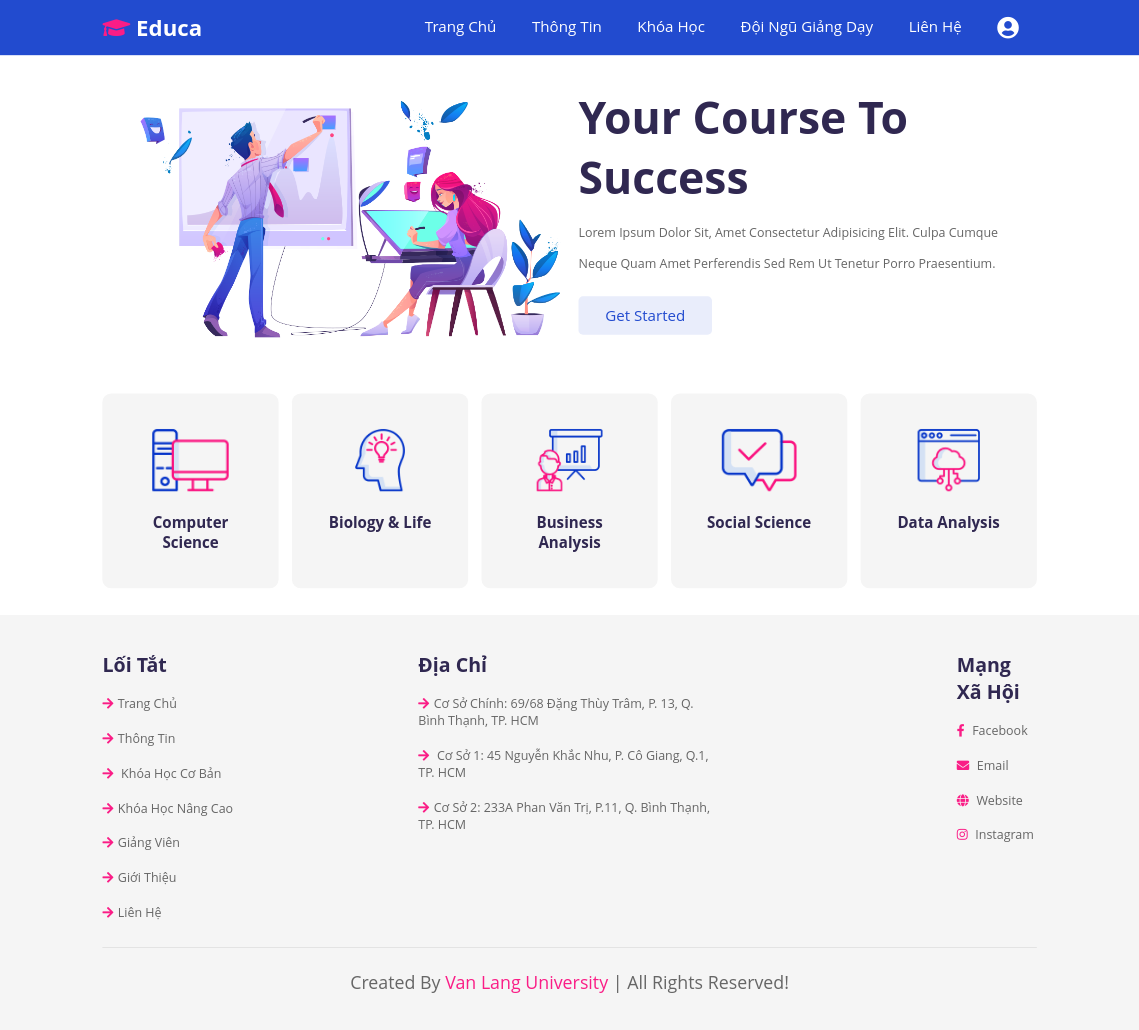
Repository: nhatkhanh022400/Layout
Page: Page-User/home.html
The author's editor kept a copy of each file at every save. The page is drawn from the files as they stood at one save, then again after the next save.
The browser window is 1280 px wide. The pictures show the whole page, at 89% of full size.

Above is the page before, as saved 2022-03-22 16:38:28.
Console error: ReferenceError: $ is not defined

After the next save:
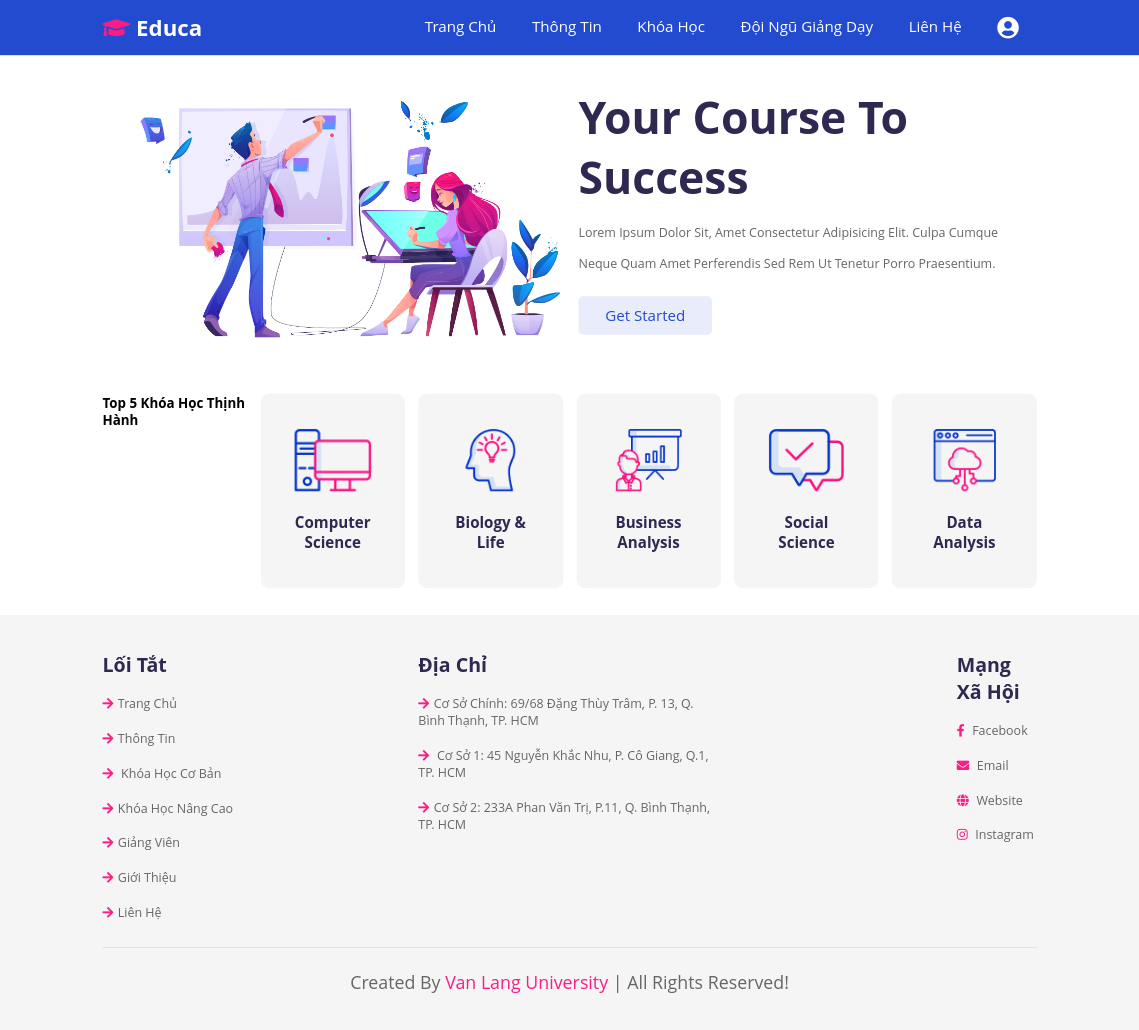
Saved 118 s later.
--- a/Page-User/home.html
+++ b/Page-User/home.html
@@ -81,6 +81,7 @@
 <!-- categories section starts  -->
 
 <section class="category">
+    <h2>Top 5 Khóa Học Thịnh Hành</h2>
 
     <a href="#" class="box">
         <img src="images/category-1.png" alt="">
